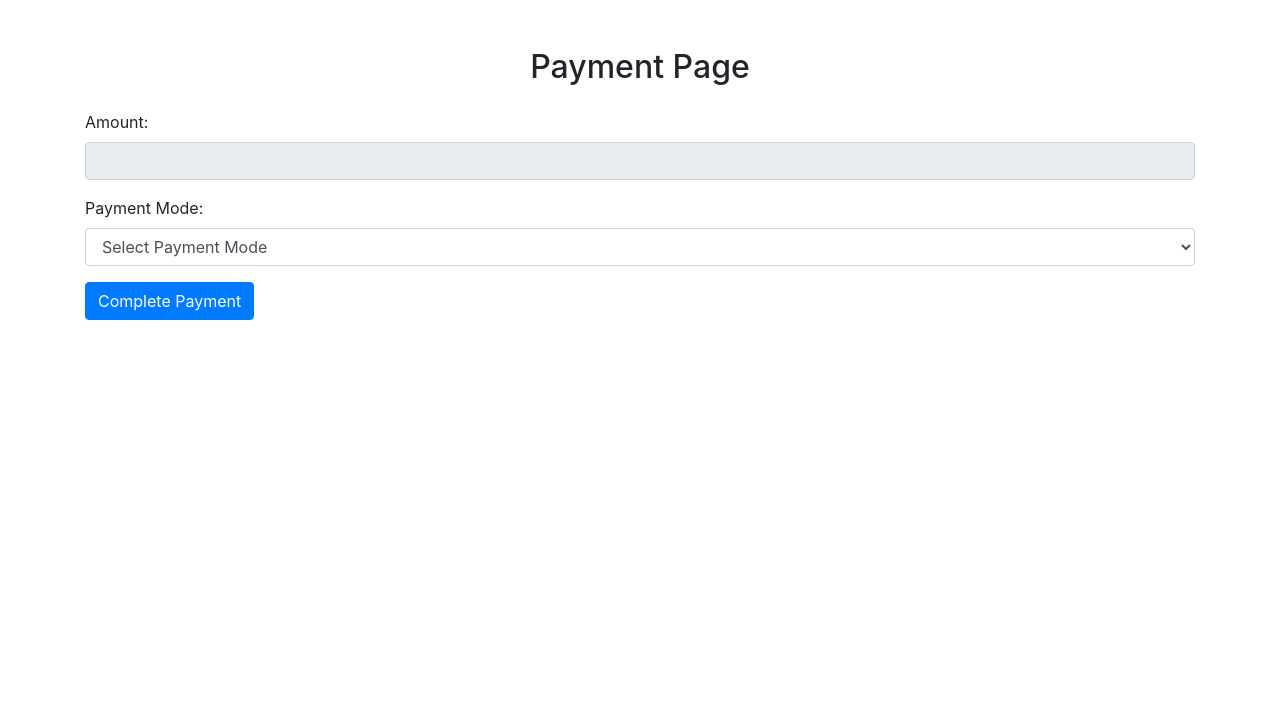
Repository: NagaMounikaY/GroceriesSubscriptionBookingManagement
Page: http://localhost/GroceriesSubBookingSystem/WEB-INF/views/payment.jsp
The author's editor kept a copy of each file at every save. The page is drawn from the files as they stood at one save, then again after the next save.
The browser window is 1280 px wide. The pictures show the whole page.
The page is served by Tomcat 9. Nobody is signed in. Other server files are loaded and not shown. The template is opened directly, without the code that normally fills it, so the values that code supplies are empty.

Above is the page before, as saved 2024-09-14 04:07:11.

### GroceriesSubBookingSystem/src/main/webapp/WEB-INF/views/payment.jsp
<%@ page language="java" contentType="text/html; charset=ISO-8859-1" pageEncoding="ISO-8859-1" isELIgnored="false"%>
<!DOCTYPE html>
<html lang="en">
<head>
    <meta charset="UTF-8">
    <meta name="viewport" content="width=device-width, initial-scale=1.0">
    <title>Payment</title>
    <link rel="stylesheet" href="https://stackpath.bootstrapcdn.com/bootstrap/4.3.1/css/bootstrap.min.css">
    <style>
        .error {
            color: red;
            font-size: 0.875em;
            margin-top: 0.25em;
        }
    </style>
    <script>
        function validateCardNumber() {
            const cardNumber = document.getElementById('card_number').value;
            const regex = /^\d{16}$/; // 16 digits for card number
            const errorElement = document.getElementById('card_number_error');
            if (cardNumber && !regex.test(cardNumber)) {
                errorElement.textContent = 'Card Number must be exactly 16 digits.';
            } else {
                errorElement.textContent = '';
            }
        }

        function validateExpiryDate() {
            const expireDate = document.getElementById('expire_date').value;
            const regex = /^(0[1-9]|1[0-2])\/\d{2}$/; // MM/YY format
            const errorElement = document.getElementById('expire_date_error');
            if (expireDate && !regex.test(expireDate)) {
                errorElement.textContent = 'Expiry Date must be in MM/YY format.';
            } else {
                errorElement.textContent = '';
            }
        }

        function validateCVV() {
            const cvvNumber = document.getElementById('cvv_number').value;
            const regex = /^\d{3}$/; // 3 digits for CVV
            const errorElement = document.getElementById('cvv_number_error');
            if (cvvNumber && !regex.test(cvvNumber)) {
                errorElement.textContent = 'CVV must be exactly 3 digits.';
            } else {
                errorElement.textContent = '';
            }
        }

        function showPaymentDetails() {
            const paymentMode = document.getElementById('payment_mode').value;
            const paymentDetails = document.getElementById('paymentDetails');
            paymentDetails.style.display = paymentMode ? 'block' : 'none';
        }
    </script>
</head>
<body>
    <div class="container mt-5">
        <h2 class="mb-4 text-center">Payment Page</h2>
        <form action="${pageContext.request.contextPath}/payment/complete" method="post">


            <div class="form-group">
                <label for="amount">Amount:</label>
                <input type="text" id="amount" name="amount" class="form-control" value="${totalAmount}" readonly>
            </div>
            <div class="form-group">
                <label for="payment_mode">Payment Mode:</label>
                <select id="payment_mode" name="payment_mode" class="form-control" onchange="showPaymentDetails()" required>
                    <option value="">Select Payment Mode</option>
                    <option value="Credit Card">Credit Card</option>
                    <option value="Debit Card">Debit Card</option>
                    <option value="Net Banking">Net Banking</option>
                </select>
            </div>
            <div id="paymentDetails" style="display:none;">
                <div class="form-group">
                    <label for="card_number">Card Number:</label>
                    <input type="text" id="card_number" name="card_number" class="form-control" onchange="validateCardNumber()" required>
                    <div id="card_number_error" class="error"></div>
                </div>
                <div class="form-group">
                    <label for="expire_date">Expiry Date:</label>
                    <input type="text" id="expire_date" name="expire_date" class="form-control" onchange="validateExpiryDate()" required>
                    <div id="expire_date_error" class="error"></div>
                </div>
                <div class="form-group">
                    <label for="cvv_number">CVV:</label>
                    <input type="text" id="cvv_number" name="cvv_number" class="form-control" onchange="validateCVV()" required>
                    <div id="cvv_number_error" class="error"></div>
                </div>
            </div>
            <button type="submit" class="btn btn-primary">Complete Payment</button>
        </form>
    </div>
</body>
</html>

### GroceriesSubBookingSystem/src/main/webapp/footer.jsp
<%@ page language="java" contentType="text/html; charset=ISO-8859-1"
	pageEncoding="ISO-8859-1" isELIgnored="false"%>
<!DOCTYPE html>
<html>
<head>
<meta http-equiv="Content-Type" content="text/html; charset=ISO-8859-1">
<title>Insert title here</title>
<link
	href="https://stackpath.bootstrapcdn.com/bootstrap/5.3.0/css/bootstrap.min.css"
	rel="stylesheet">
<link rel="stylesheet"
	href="https://cdnjs.cloudflare.com/ajax/libs/font-awesome/6.0.0-beta3/css/all.min.css">
<style>
/* Features Section */
.features {
	padding: 60px 20px;
	background: #f9f9f9;
}

.features h2 {
	text-align: center;
	margin-bottom: 40px;
}

.feature-cards {
	display: flex;
	justify-content: space-around;
	flex-wrap: wrap;
}

.feature-card {
	background: #fff;
	border-radius: 8px;
	box-shadow: 0 4px 8px rgba(0, 0, 0, 0.1);
	padding: 20px;
	width: 22%;
	text-align: center;
	margin-bottom: 20px;
}

.feature-card img {
	max-width: 50px;
	margin-bottom: 10px;
}

.feature-card h3 {
	margin: 10px 0;
	font-size: 1.2em;
}

.feature-card p {
	color: #666;
}

/* Footer */
footer {
	background: rgba(56, 51, 37, 0.8);
	color: #fff;
	padding: 40px 20px;
}

footer .container {
	max-width: 1200px;
	margin: 0 auto;
}

.footer-top {
	display: flex;
	justify-content: space-between;
	flex-wrap: wrap;
	margin-bottom: 20px;
}

.footer-top div {
	flex: 1;
	margin: 10px;
}

.footer-top h3 {
	margin-bottom: 15px;
	font-size: 1.2em;
}

.footer-top ul {
	list-style: none;
	padding: 0;
}

.footer-top ul li {
	margin-bottom: 10px;
}

.footer-top ul li a {
	color: #fff;
	text-decoration: none;
}

.footer-top ul li a:hover {
	text-decoration: underline;
}

.footer-contact p, .footer-social a {
	margin: 5px 0;
}

.footer-social {
	display: flex;
	align-items: center;
}

.footer-social a {
	color: #fff;
	text-decoration: none;
	margin-right: 15px;
	font-size: 1.5em;
}

.footer-social a:hover {
	text-decoration: underline;
}

.footer-newsletter form {
	display: flex;
	justify-content: center;
	margin-top: 10px;
}

.footer-newsletter input {
	padding: 10px;
	border-radius: 5px;
	border: none;
	width: 250px;
	margin-right: 10px;
}

.footer-newsletter button {
	padding: 10px 20px;
	border-radius: 5px;
	border: none;
	background: #007BFF;
	color: #fff;
	font-weight: bold;
	cursor: pointer;
}

.footer-bottom {
	text-align: center;
	padding-top: 20px;
	border-top: 1px solid #444;
}

.footer-bottom p {
	margin: 10px 0;
}
</style>
</head>
<body>
	<!-- Footer -->
	<footer>
		<div class="container">
			<div class="footer-top">
				<div class="footer-links">
					<h3>Quick Links</h3>
					<ul>
						<li><a href="${pageContext.request.contextPath}/home.jsp">Home</a></li>
						<li><a href="${pageContext.request.contextPath}/services.jsp">Services</a></li>
						<li><a href="${pageContext.request.contextPath}/contact.jsp">Contact
								Us</a></li>
					</ul>
				</div>
				<div class="footer-contact">
					<h3>Contact Us</h3>
					<p>Phone: 789054321</p>
					<p>Email:GroceryStore@gmail.com</p>
					<p>Address: Bengaluru</p>
				</div>
				<div class="footer-social">
					<h3>Follow Us:</h3>
					<br> <br> <a href="" class="fab fa-facebook-f"></a> <a
						href="#" class="fab fa-twitter"></a> <a href="#"
						class="fab fa-instagram"></a>
				</div>
				<div class="footer-newsletter">
					<h3>Newsletter</h3>
					<p>Subscribe to our newsletter for updates and offers.</p>
					<p>for maintaining and managing the couriers</p>
				</div>
			</div>
			<div class="footer-bottom">
				<p>&copy; 2024 [Grocery Store]. All rights reserved.</p>
			</div>
		</div>
	</footer>
	<!-- Footer -->
</body>
</html>

After the next save:
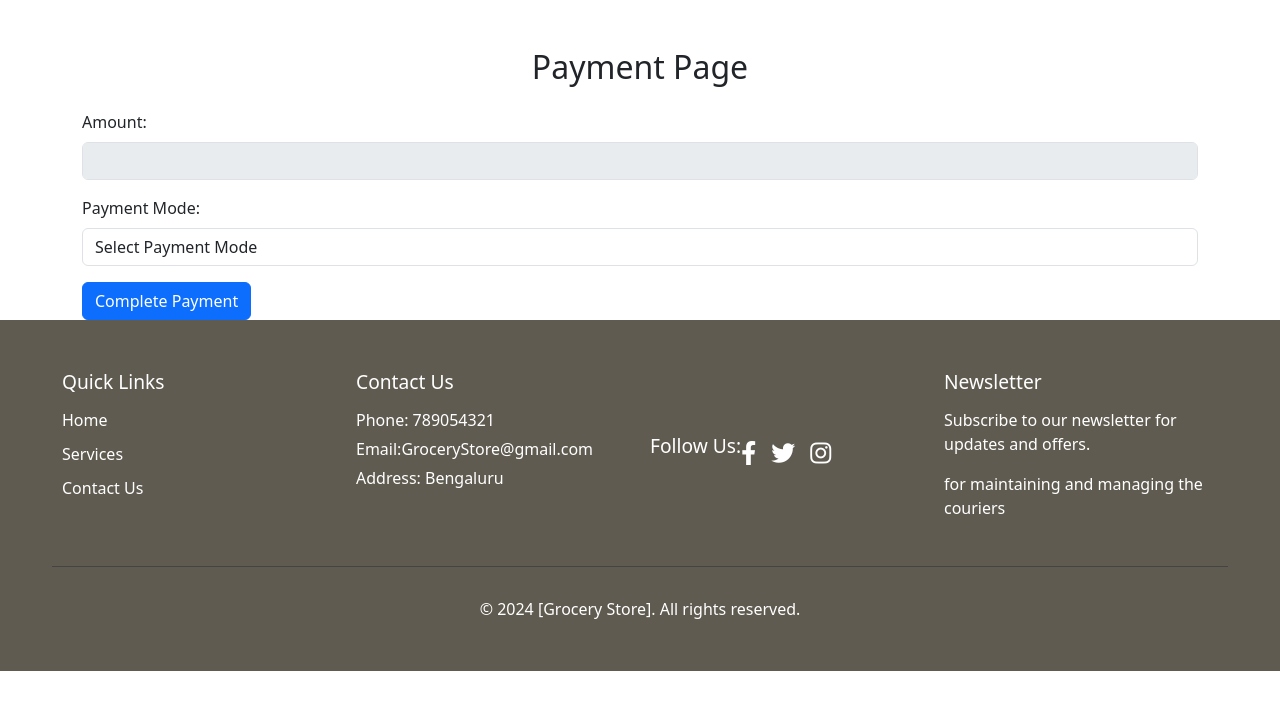
Saved 7 s later.
--- a/GroceriesSubBookingSystem/src/main/webapp/WEB-INF/views/payment.jsp
+++ b/GroceriesSubBookingSystem/src/main/webapp/WEB-INF/views/payment.jsp
@@ -93,5 +93,7 @@
             <button type="submit" class="btn btn-primary">Complete Payment</button>
         </form>
     </div>
+       <!-- Footer Section -->
+    <jsp:include page="/footer.jsp"></jsp:include>
 </body>
 </html>
